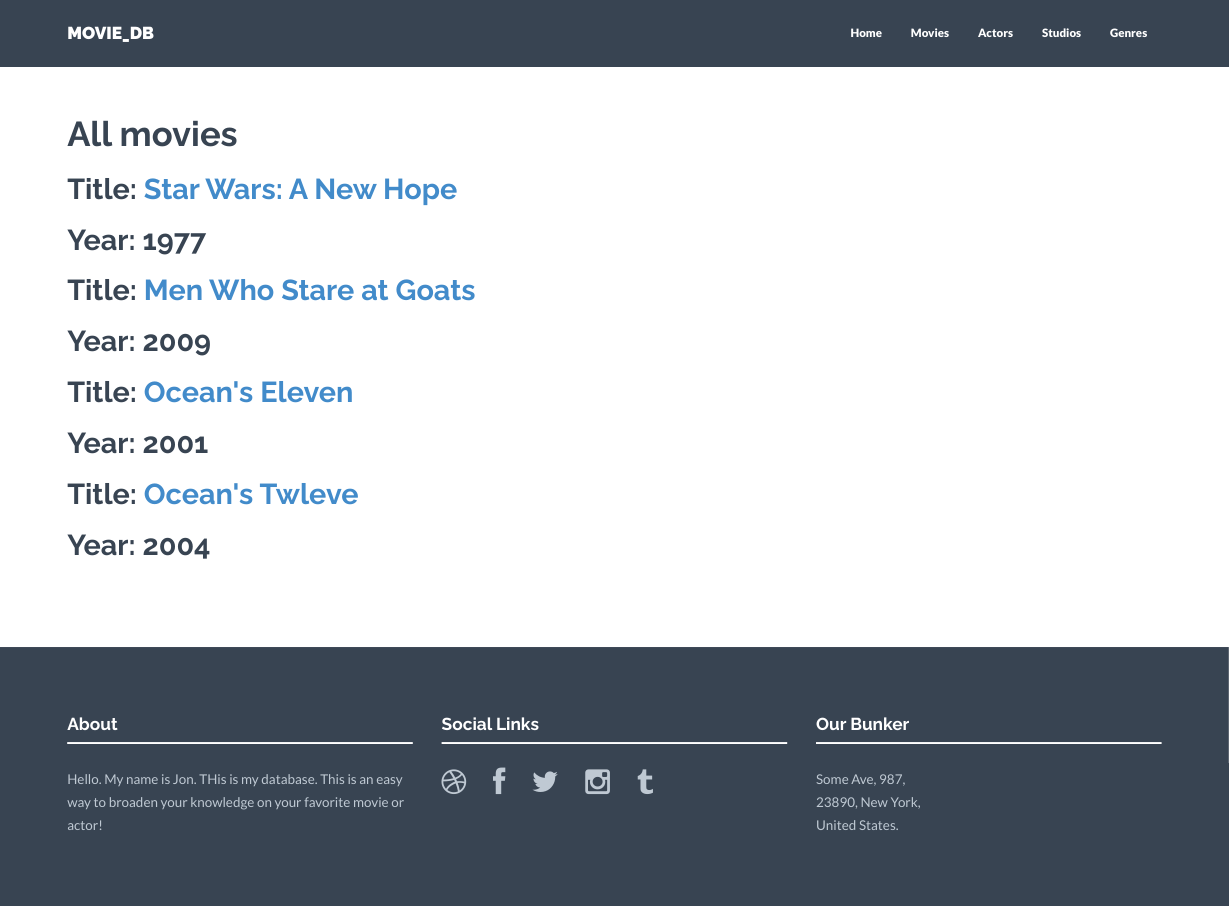
Repository: jonak91/Buzzerd-index
Page: http://localhost/movies.php
The author's editor kept a record of every edit. The page is drawn from the files as they stood at one moment, then again after the next edit.
The browser window is 1280 px wide. The pictures show the whole page, at 96% of full size.
Some web libraries are served in a nearby version. The page is run by PHP 8.4 with error messages shown; the project is at /var/www/html/. The database holds what the project's SQL file puts in it.

Above is the page before.
Not found: assets/js/modernizr.js

### movies.php
<?php require_once( 'incl/functions.php' ); ?>
<?php require_once( 'incl/header.php' ); ?>

 <div class="container mtb">
	 	<div class="row">

	 		<! -- MAIN CONTENAT AREA -->
	 		<div class="col-lg-8">
	 			<h1>All movies</h1>
	 			<?php
		 		$movies = get_movies();
		 		foreach ($movies as $movie) {
		 		?>
		 		<h2>Title: <a href="movie.php?mID=<?php echo $movie['mID']; ?>"><?php echo $movie['title']; ?></a></h2>
		 		<h2>Year: <?php echo $movie['year_released']; ?></h2>
		 		<?php } ?>

</div><! --/ MAIN CONTENT AREA -->

	 </div><! --/row -->
	 </div><! --/container -->

<?php require_once( 'incl/footer.php' ); ?>

### incl/functions.php
<?php
require_once('database.php');

$host= '127.0.0.1';
$u= 'jonak91';
$p = '';
$d= 'movies';

global $db;
$db= new Database($d, $u, $p, $host);

function get_movies(){
	$db = $GLOBALS['db'];
	$results = $db->query("SELECT * FROM movies"); //updated
	return $db->resToArray($results);
}

function get_actors(){
	$db= $GLOBALS['db'];
	$results = $db->query("SELECT * FROM actors ORDER BY 'first_name'"); //updated
	return $db->resToArray($results);
}

function get_studios(){
	$db= $GLOBALS['db'];
	$results = $db->query("SELECT * FROM studio"); //updated
	return $db->resToArray($results);
}

function get_genres(){
	$db= $GLOBALS['db'];
	$results = $db->query("SELECT * FROM genre"); //updated
	return $db->resToArray($results);
}

function get_movie($mID){
	$db= $GLOBALS['db'];
	$query= "SELECT * FROM movies WHERE mID = '$mID'"; //updated
	return $db->get_row($query);
}

function get_actor($aID){
	$db= $GLOBALS['db'];
	$query= "SELECT * FROM actors WHERE aID = '$aID'"; //updated
	return $db->get_row($query);
}

function get_studio($sID){
	$db= $GLOBALS['db'];
	$query= "SELECT * FROM studio WHERE sID = '$sID'"; //updated
	return $db->get_row($query);
}

function get_genre($gID){
	$db= $GLOBALS['db'];
	$query= "SELECT * FROM genre WHERE gID = '$gID'"; //updated
	return $db->get_row($query);
}

function get_moviesfromstudio($id){  //works
	$db= $GLOBALS['db'];
	$results= $db->query("SELECT * FROM movies JOIN studio ON movies.studioID = studio.sID WHERE studio.sID = '$id'");
	return $db->resToArray($results);
}

function get_genresfrommovies($id){
	$db= $GLOBALS['db'];
	$results= $db->query("SELECT * FROM genre JOIN movie_genres ON genre.gID = movie_genres.genreID JOIN movies ON movie_genres.movieID = movies.mID WHERE movies.mID = '$id'");
	return $db->resToArray($results);
}

function get_moviesfromactor($id){ //works
	$db= $GLOBALS['db'];
	$results= $db->query("SELECT * FROM movies JOIN movie_actors ON movies.mID = movie_actors.movieID JOIN actors ON movie_actors.actorID = actors.aID WHERE actors.aID = '$id'");
	return $db->resToArray($results);
}

function get_moviesfromgenre($id){ //works
	$db= $GLOBALS['db'];
	$results= $db->query("SELECT * FROM movies JOIN movie_genres ON movies.mID = movie_genres.movieID JOIN genre ON movie_genres.genreID = genre.gID WHERE genre.gID = '$id'");
	return $db->resToArray($results);
}

function get_actorsfrommovies($id){  //works
	$db= $GLOBALS['db'];
	$results= $db->query("SELECT * FROM actors JOIN movie_actors ON actors.aID = movie_actors.actorID JOIN movies ON movie_actors.movieID = movies.mID WHERE movies.mID = '$id'");
	return $db->resToArray($results);
}

function add_movie($info){		//works
	$db= $GLOBALS['db'];
	extract($info);
	$submitted= $db->query("INSERT INTO movies VALUES('', '$title', '$year_released', '$synopsis', '$was_novel', '$studioID', CURRENT_TIMESTAMP)");

	if($submitted){
		print "<h3>$title submitted!</h3>";
	}
}

function add_actor($info){		//works
	$db= $GLOBALS['db'];
	extract($info);
	$submitted= $db->query("INSERT INTO actors VALUES('', '$first_name', '$last_name', '$bio', '$dob', '$won_oscar', CURRENT_TIMESTAMP)");

	if($submitted){
		print "<h3>$first_name $last_name submitted!</h3>";
	}
}

function add_genre($info){		//works
	$db= $GLOBALS['db'];
	extract($info);
	$submitted= $db->query("INSERT INTO genre VALUES('', '$name', CURRENT_TIMESTAMP)");

	if($submitted){
		print "<h3>$name submitted!</h3>";
	}
}

function add_studio($info){		//works
	$db= $GLOBALS['db'];
	extract($info);
	$submitted= $db->query("INSERT INTO studio VALUES('', '$name', '$city', '$state', '$zip', CURRENT_TIMESTAMP)");

	if($submitted){
		print "<h3>$name submitted!</h3>";
	}
}

function assign_atm($info){		//works
	$db= $GLOBALS['db'];
	extract($info);
	$submitted= $db->query("INSERT INTO movie_actors VALUES('', '$movie', '$actor', CURRENT_TIMESTAMP)");

	if($submitted){
		print "<h3>assigned</h3>";
	}
}

function assign_gtm($info){		//works
	$db= $GLOBALS['db'];
	extract($info);
	$submitted= $db->query("INSERT INTO movie_genres VALUES('', '$movie', '$genre', CURRENT_TIMESTAMP)");

	if($submitted){
		print "<h3>assigned</h3>";
	}
}


?>
>

### incl/database.php
<?php
class Database{
        var $dbName;
        var $user;
        var $password;
        var $host;
        var $lastID;
        var $dbConn;

        //constructor
        function __construct($db, $u, $p, $h){
                $this->dbName= $db;
                $this->user= $u;
                $this->password= $p;
                $this->host= $h;

                //metadata to get entire table list?
        }

        //any query
        function query($query){
                        $this->dbConn= new mysqli($this->host, $this->user, $this->password, $this->dbName);
                        if($this->dbConn->connect_errno > 0){
                                die('Unable to connect to database [' . $dbh->connect_error . ']');
                        }

                        $result= $this->dbConn->query($query) or die('There was an error running the query [' . $this->dbConn->error . ']');
                        $this->lastID= $this->dbConn->insert_id;
                        $this->dbConn->close();

                        return $result;
        }

        function resToArray($res){
                $data= array();
                while($info= mysqli_fetch_assoc($res)){
                        $data[]= $info;
                }

                return $data;
        }

        function get_column($query){

                $res= $this->query($query);

                $data= array();

                while($info= mysqli_fetch_assoc($res)){
                        $key= array_keys($info);
                        $key= $key[0];
                        $data[]= $info[$key];
                }

                return $data;
        }

        function get_row($query){
                $res= $this->query($query);
                $res= $this->resToArray($res);

            return ($res == false) ? $res : $res[0];
        }

        function get_var($query){
                $res= $this->query($query);

                $info= mysqli_fetch_array($res);

                return $info[0];
        }


        function get_mysql_timestamp(){
                return date('Y-m-d H:i:s', time());
        }

        function print_array( $a ) {
        ?>
          <pre>
          <?php var_dump( $a ); ?>
          </pre>
        <?php
        }


        function clean_array($info){
                foreach($info as $key => $val){
                        $info["$key"]= $this->clean($val);
                }

                return $info;
        }


        function clean($a){
                $this->dbConn= new mysqli($this->host, $this->user, $this->password, $this->dbName);
                $a= $this->dbConn->real_escape_string($a);
                $this->dbConn->close();

                return $a;
        }

}


?>

### incl/header.php
<!DOCTYPE html>
<html lang="en">
  <head>
    <meta charset="utf-8">
    <meta http-equiv="X-UA-Compatible" content="IE=edge">
    <meta name="viewport" content="width=device-width, initial-scale=1">
    <meta name="description" content="">
    <meta name="author" content="">
    <link rel="shortcut icon" href="assets/ico/favicon.ico">

    <title>SOLID - Bootstrap 3 Theme</title>

    <!-- Bootstrap core CSS -->
    <link href="assets/css/bootstrap.css" rel="stylesheet">

    <!-- Custom styles for this template -->
    <link href="assets/css/style.css" rel="stylesheet">
    <link href="assets/css/font-awesome.min.css" rel="stylesheet">


    <!-- Just for debugging purposes. Don't actually copy this line! -->
    <!--[if lt IE 9]><script src="../../assets/js/ie8-responsive-file-warning.js"></script><![endif]-->

    <!-- HTML5 shim and Respond.js IE8 support of HTML5 elements and media queries -->
    <!--[if lt IE 9]>
      <script src="https://oss.maxcdn.com/libs/html5shiv/3.7.0/html5shiv.js"></script>
      <script src="https://oss.maxcdn.com/libs/respond.js/1.4.2/respond.min.js"></script>
    <![endif]-->

    <script src="assets/js/modernizr.js"></script>
  </head>

  <body>

    <!-- Fixed navbar -->
    <div class="navbar navbar-default navbar-fixed-top" role="navigation">
      <div class="container">
        <div class="navbar-header">
          <button type="button" class="navbar-toggle" data-toggle="collapse" data-target=".navbar-collapse">
            <span class="sr-only">Toggle navigation</span>
            <span class="icon-bar"></span>
            <span class="icon-bar"></span>
            <span class="icon-bar"></span>
          </button>
          <a class="navbar-brand" href="index.php">MOVIE_DB</a>
        </div>
        <div class="navbar-collapse collapse navbar-right">
          <ul class="nav navbar-nav">
            <li><a href="index.php">Home</a></li>
            <li><a href="movies.php">Movies</a></li>
            <li><a href="actors.php">Actors</a></li>
            <li><a href="studios.php">Studios</a></li>
            <li><a href="genres.php">Genres</a></li>
          </ul>
        </div><!--/.nav-collapse -->
      </div>
    </div>

### incl/footer.php


	<!-- *****************************************************************************************************************
	 FOOTER
	 ***************************************************************************************************************** -->
	 <div id="footerwrap">
	 	<div class="container">
		 	<div class="row">
		 		<div class="col-lg-4">
		 			<h4>About</h4>
		 			<div class="hline-w"></div>
		 			<p>Hello. My name is Jon. THis is my database. This is an easy way to broaden your knowledge on your favorite movie or actor!</p>
		 		</div>
		 		<div class="col-lg-4">
		 			<h4>Social Links</h4>
		 			<div class="hline-w"></div>
		 			<p>
		 				<a href="#"><i class="fa fa-dribbble"></i></a>
		 				<a href="#"><i class="fa fa-facebook"></i></a>
		 				<a href="#"><i class="fa fa-twitter"></i></a>
		 				<a href="#"><i class="fa fa-instagram"></i></a>
		 				<a href="#"><i class="fa fa-tumblr"></i></a>
		 			</p>
		 		</div>
		 		<div class="col-lg-4">
		 			<h4>Our Bunker</h4>
		 			<div class="hline-w"></div>
		 			<p>
		 				Some Ave, 987,<br/>
		 				23890, New York,<br/>
		 				United States.<br/>
		 			</p>
		 		</div>

		 	</div><! --/row -->
	 	</div><! --/container -->
	 </div><! --/footerwrap -->

    <!-- Bootstrap core JavaScript
    ================================================== -->
    <!-- Placed at the end of the document so the pages load faster -->
    <script src="https://ajax.googleapis.com/ajax/libs/jquery/1.11.0/jquery.min.js"></script>
    <script src="assets/js/bootstrap.min.js"></script>
	<script src="assets/js/retina-1.1.0.js"></script>
	<script src="assets/js/jquery.hoverdir.js"></script>
	<script src="assets/js/jquery.hoverex.min.js"></script>
	<script src="assets/js/jquery.prettyPhoto.js"></script>
  	<script src="assets/js/jquery.isotope.min.js"></script>
  	<script src="assets/js/custom.js"></script>


  </body>
</html>

### assets/css/style.css
/*	################################################################

	Author: Carlos Alvarez
	URL: http://alvarez.is

	Project Name: SOLID - Bootstrap 3 Theme
	Version: 1.0
	URL: http://alvarez.is

################################################################# */
@import url(http://fonts.googleapis.com/css?family=Raleway:400,700,900);
@import url(http://fonts.googleapis.com/css?family=Lato:400,900);
@import url("prettyPhoto.css") screen;
@import url("hoverex-all.css") screen;

/*	################################################################
	1. GENERAL STRUCTURES
################################################################# */
	* {
		margin: 0;
		padding: 0px;
	}

body {
	background: #ffffff;
	margin: 0;
	height: 100%;
	color: #384452;
	font-family: 'Lato', sans-serif;
	font-weight: 400;
	}

h1, h2, h3, h4, h5, h6 {
	font-family: 'Raleway', sans-serif;
	font-weight: 700;
}

p {
	padding: 0;
	margin-bottom: 12px;
	font-family: 'Lato', sans-serif;
	font-weight: 400;
	font-size: 14px;
	line-height: 24px;
	color: #384452;
	margin-top: 10px;
}

img {
	height: auto;
	max-width: 100%;
}

a {
	padding: 0;
	margin: 0;
	text-decoration: none;
	-webkit-transition: background-color .4s linear, color .4s linear;
	-moz-transition: background-color .4s linear, color .4s linear;
	-o-transition: background-color .4s linear, color .4s linear;
	-ms-transition: background-color .4s linear, color .4s linear;
	transition: background-color .4s linear, color .4s linear;
}
a:hover,
a:focus {
  text-decoration: none;
  color:#01b2fe;
}

::-moz-selection  {
	color: #fff;
	text-shadow:none;
	background:#2B2E31;
}
::selection {
	color: #fff;
	text-shadow:none;
	background:#2B2E31;
}

.centered {
	text-align: center
}

/*	################################################################
	BOOTSTRAP MODIFICATIONS & TWEAKS
################################################################# */
.navbar {
	min-height: 70px;
	padding-top: 10px;
	margin-bottom: 0px;
}

.navbar-brand {
	font-family: 'Raleway', sans-serif;
	font-weight: 900;
}

.navbar-header .navbar-brand {
	color: white;
}

.navbar-default .navbar-nav > li > a {
	color: white;
	font-weight: 700;
	font-size: 12px;
}

.navbar-default .navbar-nav > li > a:hover {
	color: #00b3fe;
}

.navbar-default .navbar-nav > .active > a, .navbar-default .navbar-nav > .active > a:hover, .navbar-default .navbar-nav > .active > a:focus {
	color: #00b3fe;
	background-color: transparent;
}

.navbar-default {
	background-color: #384452;
	border-color: transparent;
}

.dropdown-menu {
	background: #384452;
}

.dropdown-menu > li > a {
	color: white;
	font-weight: 700;
	font-size: 12px;
}

.btn-theme {
  color: #fff;
  background-color: #384452;
  border-color: #384452;
  margin: 4px;
}
.btn-theme:hover,
.btn-theme:focus,
.btn-theme:active,
.btn-theme.active,
.open .dropdown-toggle.btn-theme {
  color: #fff;
  background-color: #00b3fe;
  border-color: #00b3fe;
}

.dmbutton:hover,
.dmbutton:active,
.dmbutton:focus{
	color: #ffffff;
	background-color: #222222;
	border-color: #ffffff;
}
.dmbutton {
	background:rgba(0, 0, 0, 0);
	border: 1px solid #ffffff;
	color: #ffffff;
	-webkit-border-radius: 2px;
	border-radius: 2px;
	padding-top: 1.025rem;
	padding-right: 2.25rem;
	letter-spacing:0.85px;
	padding-bottom: 1.0875rem;
	padding-left: 2.25rem;
	font-size: 1.55rem;
	cursor: pointer;
	font-weight: normal;
	line-height: normal;
	margin: 0 0 1.25rem;
	text-decoration: none;
	text-align: center;
	display: inline-block;
	-webkit-transition: background-color 300ms ease-out;
	-moz-transition: background-color 300ms ease-out;
	transition: background-color 300ms ease-out;
	-webkit-appearance: none;
	font-weight: normal !important;
}

.mtb {
	margin-top: 80px;
	margin-bottom: 80px;
}

.mb {
	margin-bottom: 60px;
}

.mt {
	margin-top: 60px;
}

.hline {
	border-bottom: 2px solid #384452;
}

.hline-w {
	border-bottom: 2px solid #ffffff;
	margin-bottom: 25px;
}
/*	################################################################
	SITE WRAPS
################################################################# */

#headerwrap {
	background-color: #00b3fe;
	min-height: 550px;
	padding-top: 100px;
	padding-bottom: 0px;
	text-align: center;
}

#headerwrap h3, h5 {
	color: white;
	font-weight: 400;
}

#headerwrap h1 {
	color: white;
	margin-bottom: 25px;
}

#headerwrap .img-responsive {
	margin: 0 auto;
}

/* Services Wrap */
#service {
	margin-top: 100px;
	margin-bottom: 80px;
}

#service i {
	color: #00b3fe;
	font-size: 60px;
	padding: 15px;
}

/* Portfolio Wrap */
#portfoliowrap {
	padding-top: 60px;
	margin-bottom: 60px;
	display: block;
	text-align: center
}

#portfoliowrap h3 {
	margin-bottom: 25px;
}

.portfolio {
	padding:0 !important;
	margin:0 !important;
	display:block;
}


.portfolio-item .title:before {border-radius:0; display:none}
.portfolio-item p {margin:0px 0 30px;}
.portfolio-item h3 {margin:-10px 0 10px; font-size:16px; text-transform:uppercase;}


.tpl6 h3
{
	color:#fff;
	margin:0;
	padding:40px 5px 0;
	font-size:16px;
	text-transform:uppercase;
}
.tpl6 .dmbutton
{
	display:inline-block;
	margin:30px 5px 20px 5px;
	font-size:13px;
}

.tpl6 .bg
{
	height:100%;
	width:100%;
	background-color:#00b3fe;
	background-color:rgba(0,179,254,.9);
	text-align:center;
}

/* Testimonials Wrap */
#twrap {
	background: url(../img/t-back.jpg) no-repeat center top;
	margin-top: 0px;
	padding-top:60px;
	text-align:center;
	background-attachment: relative;
	background-position: center center;
	min-height: 450px;
	width: 100%;

    -webkit-background-size: 100%;
    -moz-background-size: 100%;
    -o-background-size: 100%;
    background-size: 100%;

    -webkit-background-size: cover;
    -moz-background-size: cover;
    -o-background-size: cover;
    background-size: cover;
}

#twrap i {
	font-size: 50px;
	color: white;
	margin-bottom: 25px;
}

#twrap p {
	color: white;
	font-size: 15px;
	line-height: 30px;
}

/* clients logo */
#cwrap {
	background: #f7f7f7;
	margin-top: 0px;
	padding-top: 80px;
	padding-bottom: 100px;
}

#cwrap h3 {
	margin-bottom: 60px;
}

/* Footer */
#footerwrap {
	padding-top: 60px;
	padding-bottom: 60px;
	background: #384452;
}

#footerwrap p {
	color: #bfc9d3;
}

#footerwrap h4 {
	color: white;
}

#footerwrap i {
	font-size: 30px;
	color: #bfc9d3;
	padding-right: 25px;
}

#footerwrap i:hover {
	color: #00b3fe
}

/*	################################################################
	PAGE CONFIGURATIONS
################################################################# */
/* General Tweaks */

#blue {
	background: #00b3fe;
	margin-top: 60px;
	margin-bottom: 60px;
	padding-top: 25px;
	padding-bottom: 25px;
}

#blue h3 {
	color: white;
	margin-left: 15px;
}

.ctitle {
	color: #00b3fe;
	font-weight: 700;
	margin-bottom: 15px;
}

csmall {
	font-size: 12px;
	color: #b3b3b3;
}
csmall2 {
	font-size: 12px;
	color: #f39c12
}

.spacing {
	margin-top: 40px;
	margin-bottom: 40px;
}

.badge-theme {
	background: #00b3fe;
}

/* Contact Page */
#contactwrap {
	background: url(../img/contact.jpg) no-repeat center top;
	margin-top: -60px;
	padding-top:0px;
	text-align:center;
	background-attachment: relative;
	background-position: center center;
	min-height: 400px;
	width: 100%;

    -webkit-background-size: 100%;
    -moz-background-size: 100%;
    -o-background-size: 100%;
    background-size: 100%;

    -webkit-background-size: cover;
    -moz-background-size: cover;
    -o-background-size: cover;
    background-size: cover;
}

/* Blog Page */
.popular-posts {
	margin: 0px;
	padding-left: 0px;
	}

.popular-posts li {
	list-style: none;
	margin-bottom: 20px;
	min-height: 70px;
}
.popular-posts li a,
.popular-posts li a:hover {
	color:#2f2f2f;
	text-decoration: none;
	}

.popular-posts li img {
	float: left;
	margin-right: 20px;
	}

.popular-posts li em {
	font-family: 'Lato', sans-serif;
	font-size: 12px;
	color: #b3b3b3
	}

.popular-posts p {
	line-height: normal;
	margin-bottom: auto;
}

.share i {
	padding-right: 15px;
	font-size: 18px;
}

### job.sql (the tables this page reads)
CREATE TABLE IF NOT EXISTS `movies` (
`mID` mediumint(9) NOT NULL,
  `title` varchar(50) NOT NULL,
  `year_released` year(4) NOT NULL,
  `synopsis` longtext NOT NULL,
  `was_novel` tinyint(4) NOT NULL,
  `studioID` mediumint(9) NOT NULL,
  `timestamp` timestamp NOT NULL DEFAULT CURRENT_TIMESTAMP ON UPDATE CURRENT_TIMESTAMP
) ENGINE=InnoDB AUTO_INCREMENT=5 DEFAULT CHARSET=latin1;

INSERT INTO `movies` (`mID`, `title`, `year_released`, `synopsis`, `was_novel`, `studioID`, `timestamp`) VALUES
(1, 'Star Wars: A New Hope', 1977, 'Hokey religions and ancient weapons are no match for a good blaster at your side, kid. You''re all clear, kid. Let''s blow this thing and go home! I suggest you try it again, Luke. This time, let go your conscious self and act on instinct.', 0, 1, '2014-11-21 13:13:25'),
(2, 'Men Who Stare at Goats', 2009, 'Did you dress her up like this? Who''s that then? I''m not a witch. But you are dressed as oneâ€¦ Well, how''d you become king, then?', 1, 2, '2014-11-21 13:13:25'),
(3, 'Ocean''s Eleven', 2001, 'Ut enim ad minim veniam, quis nostrud exercitation ullamco. Sed ut perspiciatis unde omnis iste natus error sit voluptatem. Cupiditate non provident, similique sunt in culpa qui officia deserunt mollitia. Ut enim ad minima veniam, quis nostrum exercitationem ullam corporis suscipit laboriosam.', 0, 3, '2014-11-21 13:21:49'),
(4, 'Ocean''s Twleve', 2004, 'Eaque ipsa quae ab illo inventore veritatis et quasi. Architecto beatae vitae dicta sunt explicabo. Et iusto odio dignissimos ducimus qui blanditiis praesentium voluptatum deleniti atque. Cupiditate non provident, similique sunt in culpa qui officia deserunt mollitia. Fugiat quo voluptas nulla pariatur? Nihil molestiae consequatur, vel illum qui dolorem eum.', 0, 3, '2014-11-21 13:21:49');

ALTER TABLE `movies`
 ADD PRIMARY KEY (`mID`);

ALTER TABLE `movies`
MODIFY `mID` mediumint(9) NOT NULL AUTO_INCREMENT,AUTO_INCREMENT=5;

Loaded but not shown: assets/css/bootstrap.css (library); assets/css/font-awesome.min.css (library); assets/js/bootstrap.min.js (library); assets/js/jquery.hoverdir.js (library); assets/js/jquery.hoverex.min.js (library); assets/js/jquery.prettyPhoto.js (library); assets/js/jquery.isotope.min.js (library); assets/js/custom.js (common file); assets/js/retina-1.1.0.js (151 lines, source omitted); assets/css/hoverex-all.css (2838 lines, source omitted); assets/css/prettyPhoto.css (170 lines, source omitted)

After the next edit:
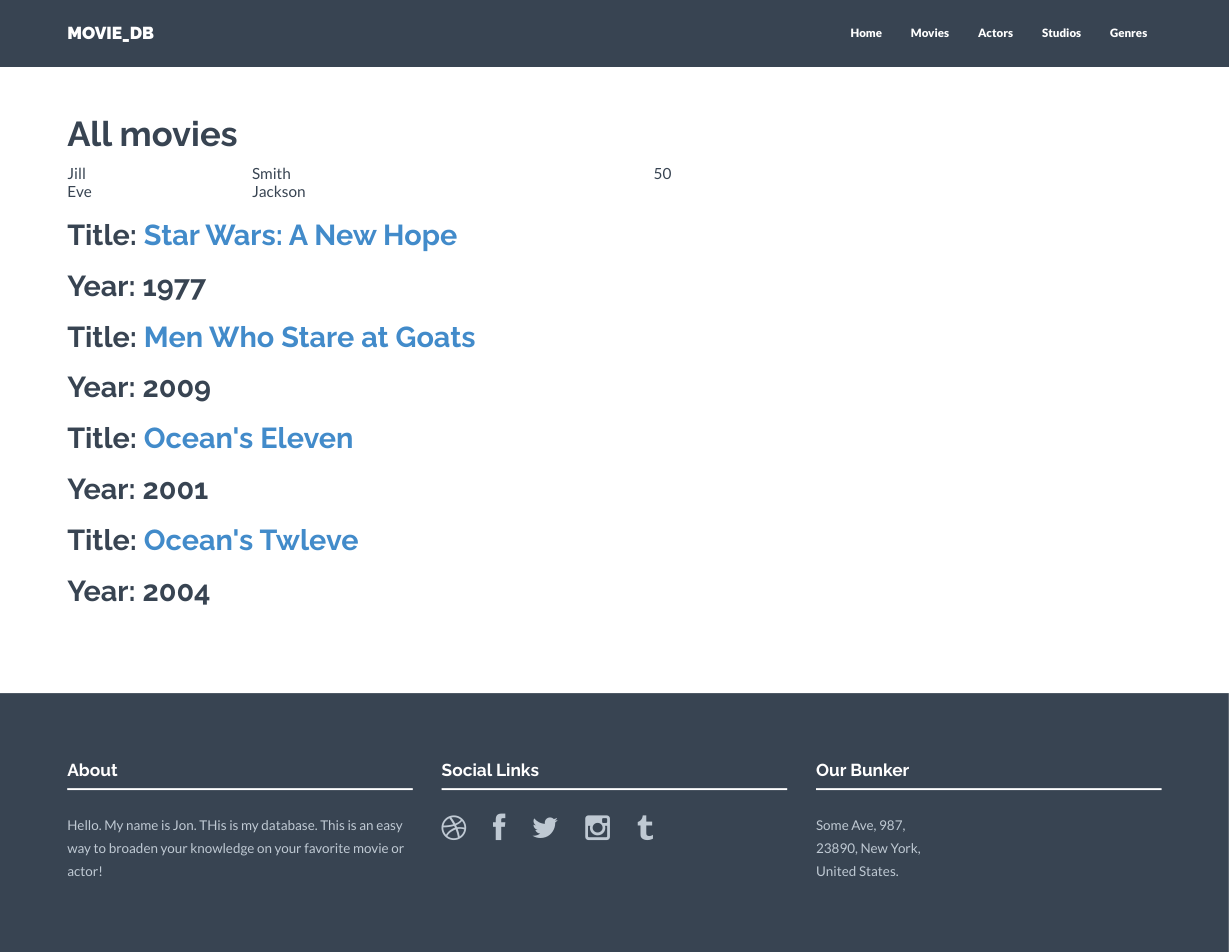
The edit:
--- a/movies.php
+++ b/movies.php
@@ -7,6 +7,17 @@
 	 		<! -- MAIN CONTENAT AREA -->
 	 		<div class="col-lg-8">
 	 			<h1>All movies</h1>
+	 			<table style="width:100%">
+  					<tr>
+   					 <td>Jill</td>
+   					 <td>Smith</td>
+   					 <td>50</td>
+  					</tr>
+  					<tr>
+   				 <td>Eve</td>
+   				 <td>Jackson</td>
+  					</tr>
+					</table>
 	 			<?php
 		 		$movies = get_movies();
 		 		foreach ($movies as $movie) {
